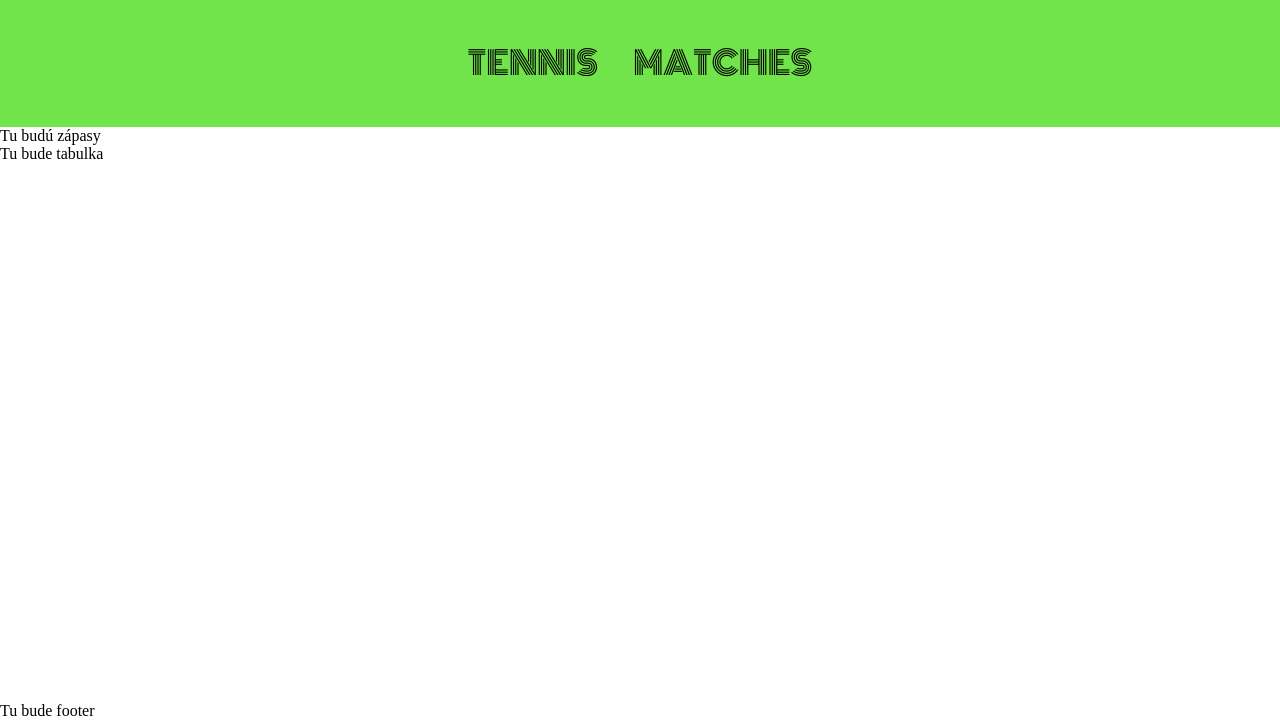
Repository: Badynko/tenis-app
Page: /
These files come from the project's save history. The page is drawn as it stood at one moment and after the next save; the edit follows.
The browser window is 1280 px wide. The pictures show the whole page.
The project was rebuilt for these pictures with package versions that can differ from the ones it lists, and the page was loaded fresh each time.

Above is the page before, as saved 2024-07-10 15:25:35.

After the next save:
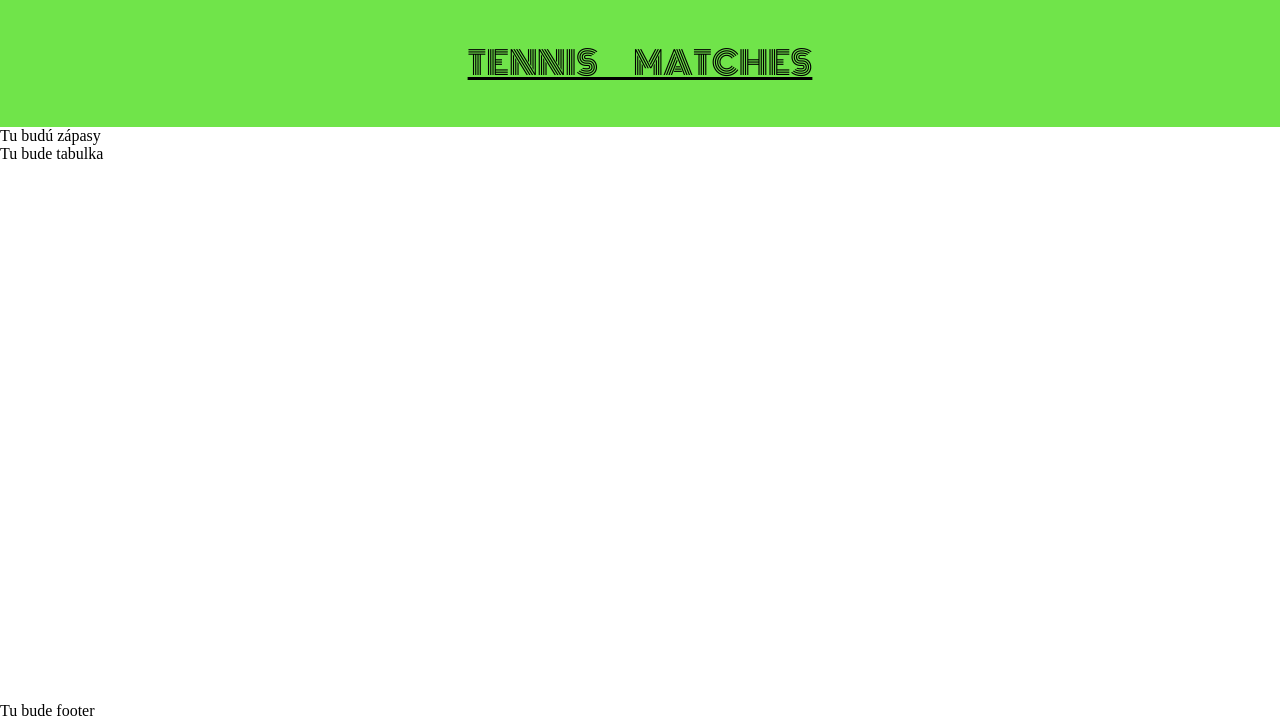
Saved 14 s later.
--- a/src/index.css
+++ b/src/index.css
@@ -14,6 +14,7 @@
 }
 
 h1 {
+  text-decoration: underline;
   word-spacing: 2rem;
   text-align: center;
   background-color: #70e44a;
